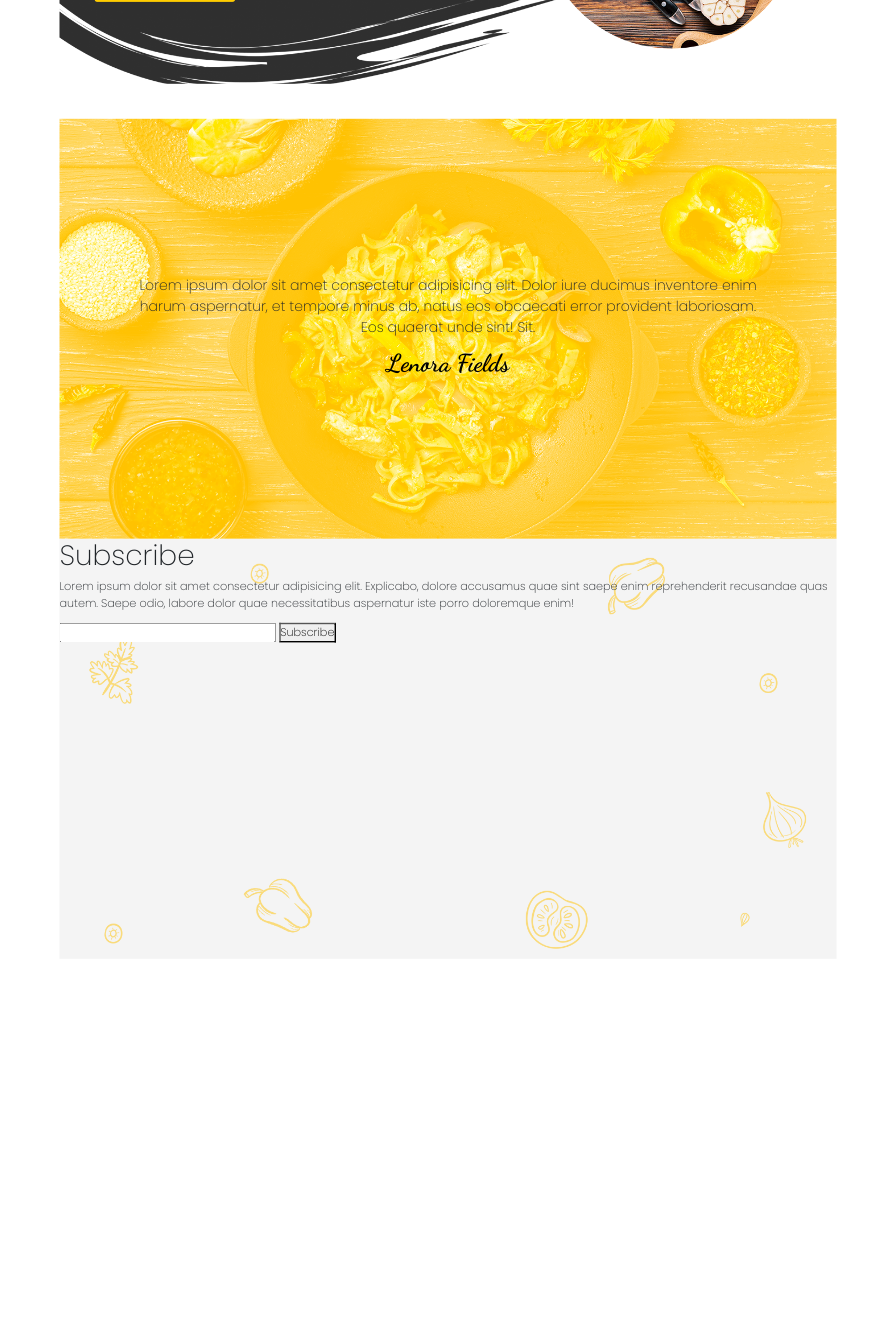
Repository: iphoneboy46/templateRestaurent
Page: index.html
The author's editor kept a copy of each file at every save. The page is drawn from the files as they stood at one save, then again after the next save.
The browser window is 1280 px wide. The pictures show the part of the page from y = 3104 to 5024 px (the page is 7200 px tall), at 70% of full size.

Above is the page before, as saved 2022-10-12 23:31:47.

After the next save:
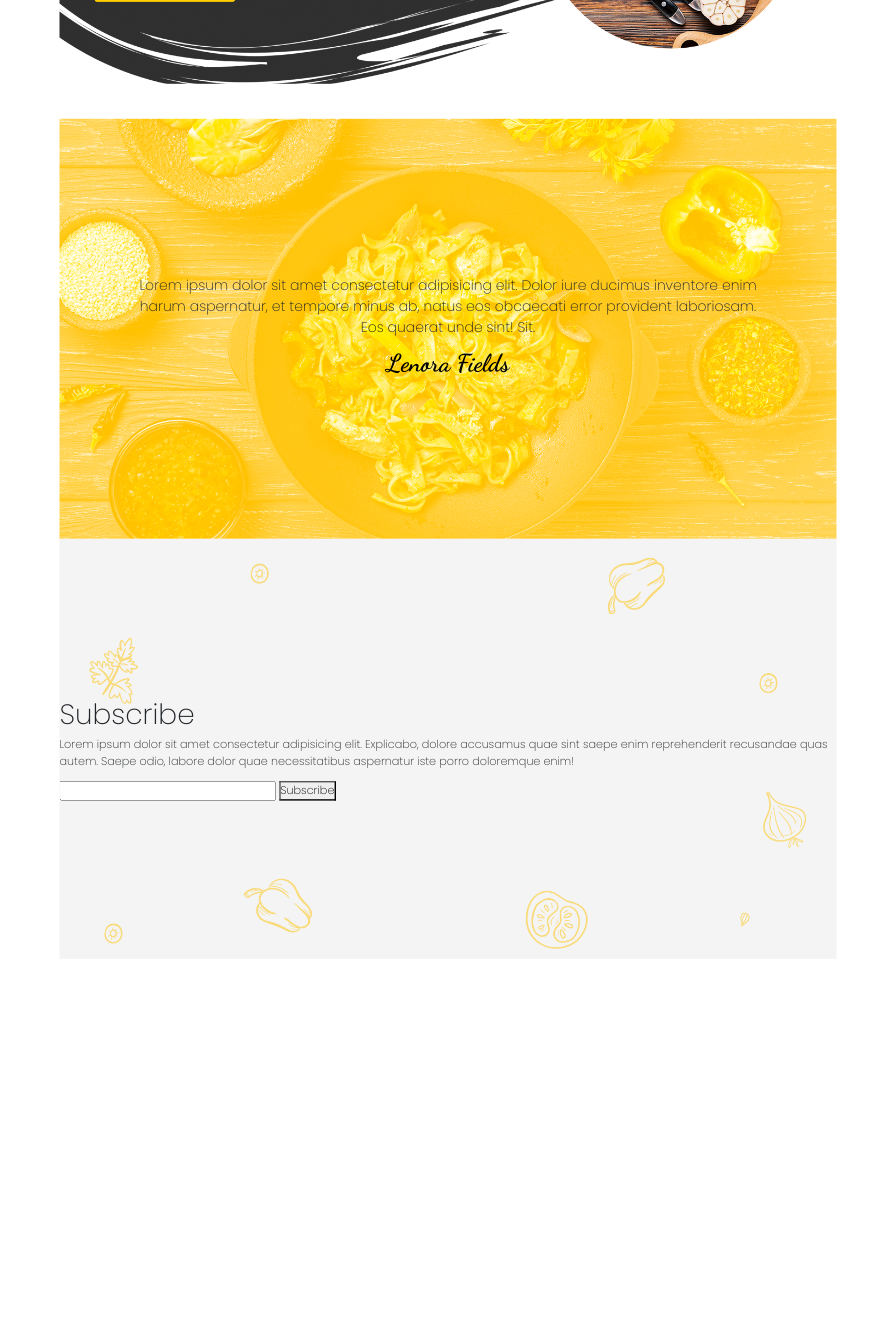
Saved 7 s later.
--- a/style.css
+++ b/style.css
@@ -312,4 +312,5 @@ body {
     height:600px;
     display: flex;
     justify-content: center;
-}
+    align-items: center;
+}
